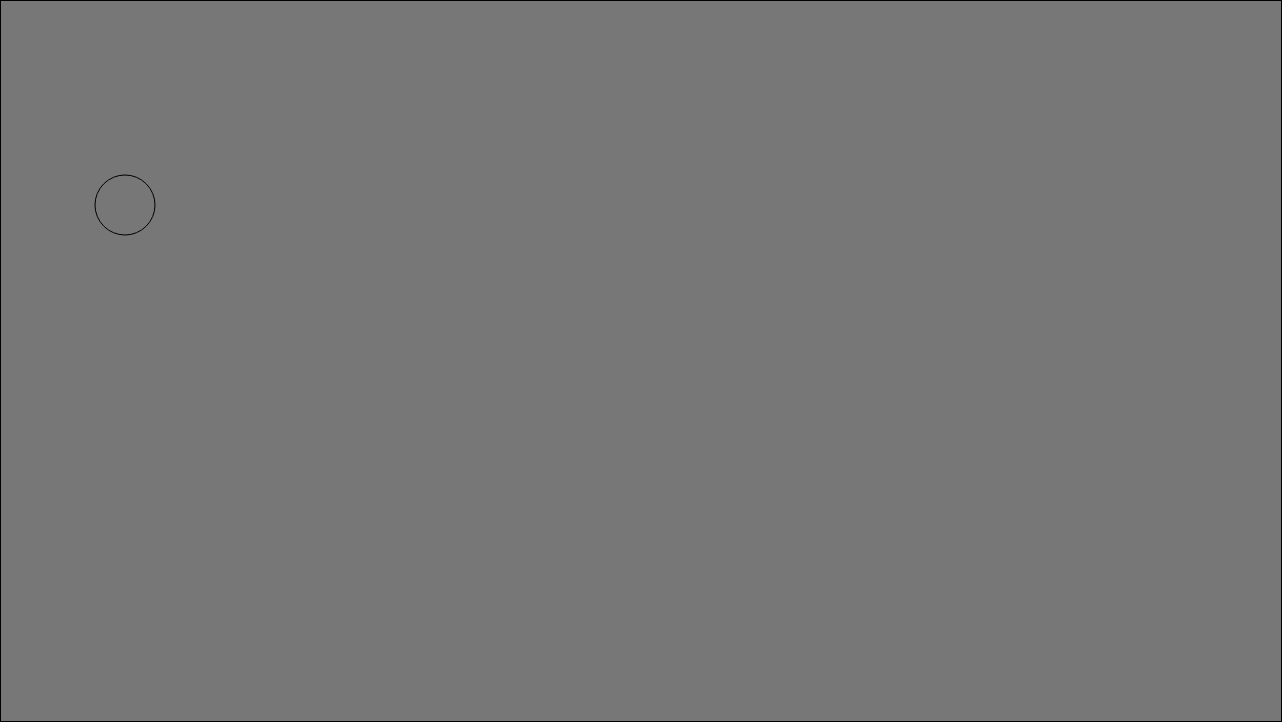
Repository: tenlekdan/particle-effect
Page: inidex.html
An editor plug-in stored every save of this project. The page is shown before and after the next save, followed by the edit.
The browser window is 1280 px wide. The page is 1282 px wide, so the pictures cover 1282 px, including what lies to the right of the window. The pictures show the whole page.

Above is the page before, as saved 2019-12-26 15:51:25.

### inidex.html
<!DOCTYPE html>
<html lang="en">

<head>
    <meta charset="UTF-8">
    <meta name="viewport" content="width=device-width, initial-scale=1.0">
    <meta http-equiv="X-UA-Compatible" content="ie=edge">
    <title>Document</title>
    <style type="text/css">
        *{
            margin: 0;
            padding: 0;
            box-sizing: inherit;
        }
        html{
            font-size: 60.2%;
        }

        body{
            font-size: 1rem;
            font-family: 'Courier New', Courier, monospace;
            box-sizing: border-box;
        }
        canvas {
            border: solid 1px;
            background-color: #777;
        }
    </style>
</head>

<body>
    <canvas></canvas>

    <script src="canvas.js"></script>

</body>

</html>

### canvas.js


(function () {
    var canvas = document.querySelector('canvas');

    canvas.width = window.innerWidth;
    canvas.height = window.innerHeight;

    var c = canvas.getContext('2d');
    // c.fillRect(x, y, width, height);
    // c.fillRect(100, 100, 50, 50);

    // // lines
    // c.beginPath();
    // c.moveTo(10, 170);
    // c.lineTo(100, 300);
    // c.stroke();



    let x = 300;
    let y = 300;
    let radius = 30;
    let dx = 8;
    let dy = 8;

    var animate = () => {
        requestAnimationFrame(animate);

        c.clearRect(0, 0, innerWidth, innerHeight);
        //draw circle
        c.beginPath();
        c.arc(x, y, radius, 0, Math.PI * 2, false);
        c.stroke();

        if (x > innerWidth || x <= 0) {
            dx = -dx;
        }
        if (y > innerHeight || y <= 0) {
            dy = -dy;
        }

        x += dx;
        y += dy;
    }

    animate();
})();

After the next save:
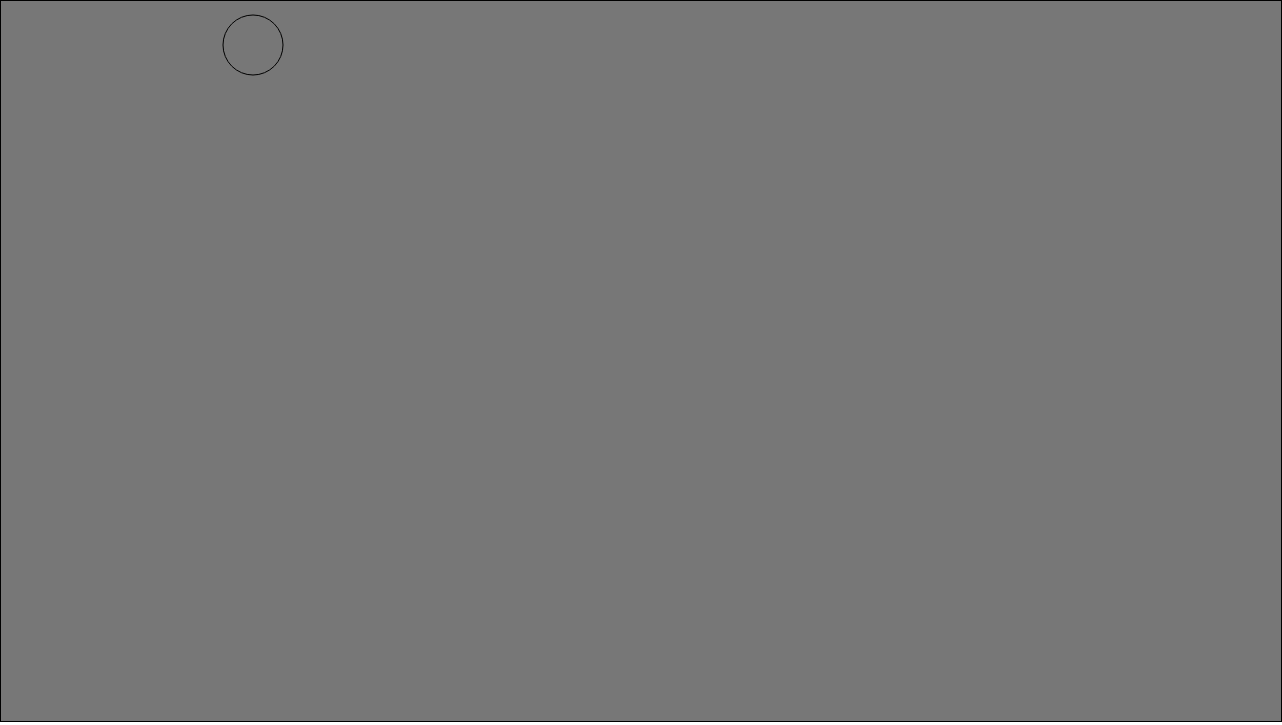
Saved 102 s later.
--- a/canvas.js
+++ b/canvas.js
@@ -33,10 +33,10 @@
         c.arc(x, y, radius, 0, Math.PI * 2, false);
         c.stroke();
 
-        if (x > innerWidth || x <= 0) {
+        if (x+radius > innerWidth || x-radius <= 0) {
             dx = -dx;
         }
-        if (y > innerHeight || y <= 0) {
+        if (y+radius > innerHeight || y-radius <= 0) {
             dy = -dy;
         }
 
